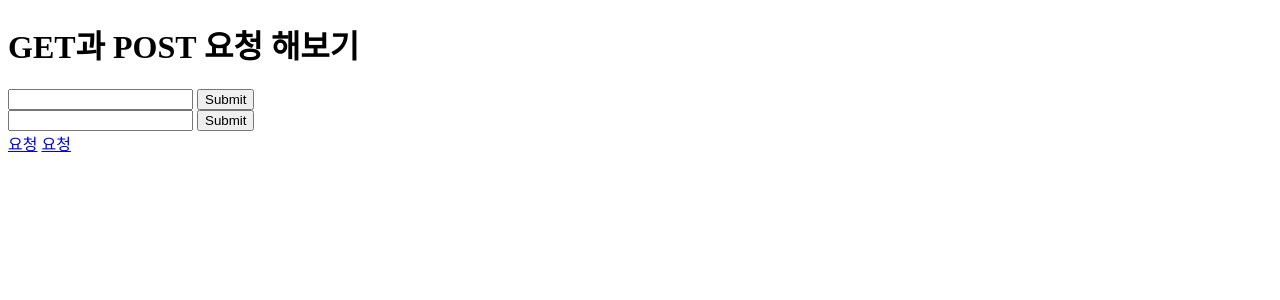
Repository: Kimgigon123123/JspServlet
Page: WorkSpace/01.HelloJspServlet/src/main/webapp/getpost.html
The author's editor kept a copy of each file at every save. The page is drawn from the files as they stood at one save, then again after the next save.
The browser window is 1280 px wide. The pictures show the whole page.

Above is the page before, as saved 2023-05-18 02:31:16.

After the next save:
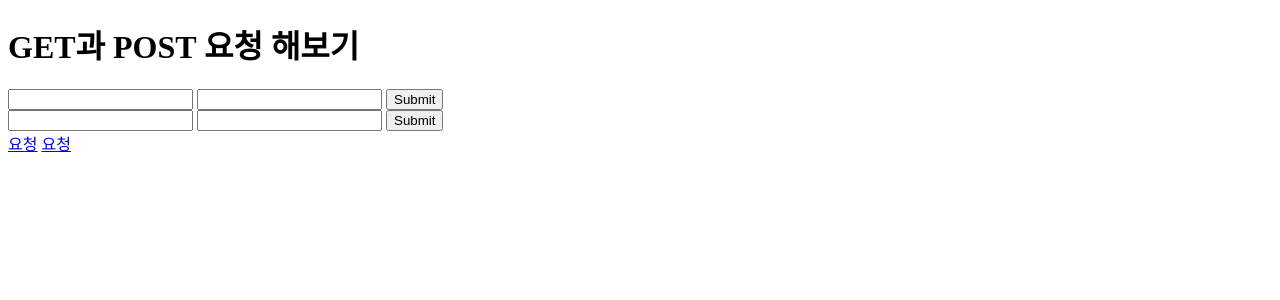
Saved 2 min 46 s later.
--- a/WorkSpace/01.HelloJspServlet/src/main/webapp/getpost.html
+++ b/WorkSpace/01.HelloJspServlet/src/main/webapp/getpost.html
@@ -9,11 +9,13 @@
  	<!-- text값을 요청할 수 있는 폼태그 하나 만들고 요청해보기(submit) -->
  	<form action="Ex03_GetPost" method="post"><!-- action: -->
  	 <input type="text" name="txt1" id="txt2"><!-- name vs id -->
+ 	 <input type="text" name="txt2" id="txt2"><!-- name vs id -->
  	 <input type="submit">
  	</form>
 
  	<form action="Ex03_GetPost" method=""><!-- action: -->
  	 <input type="text" name="txt1" id="txt2"><!-- name vs id -->
+ 	 <input type="text" name="txt2" id="txt2"><!-- name vs id -->
  	 <input type="submit">
  	</form>
 
